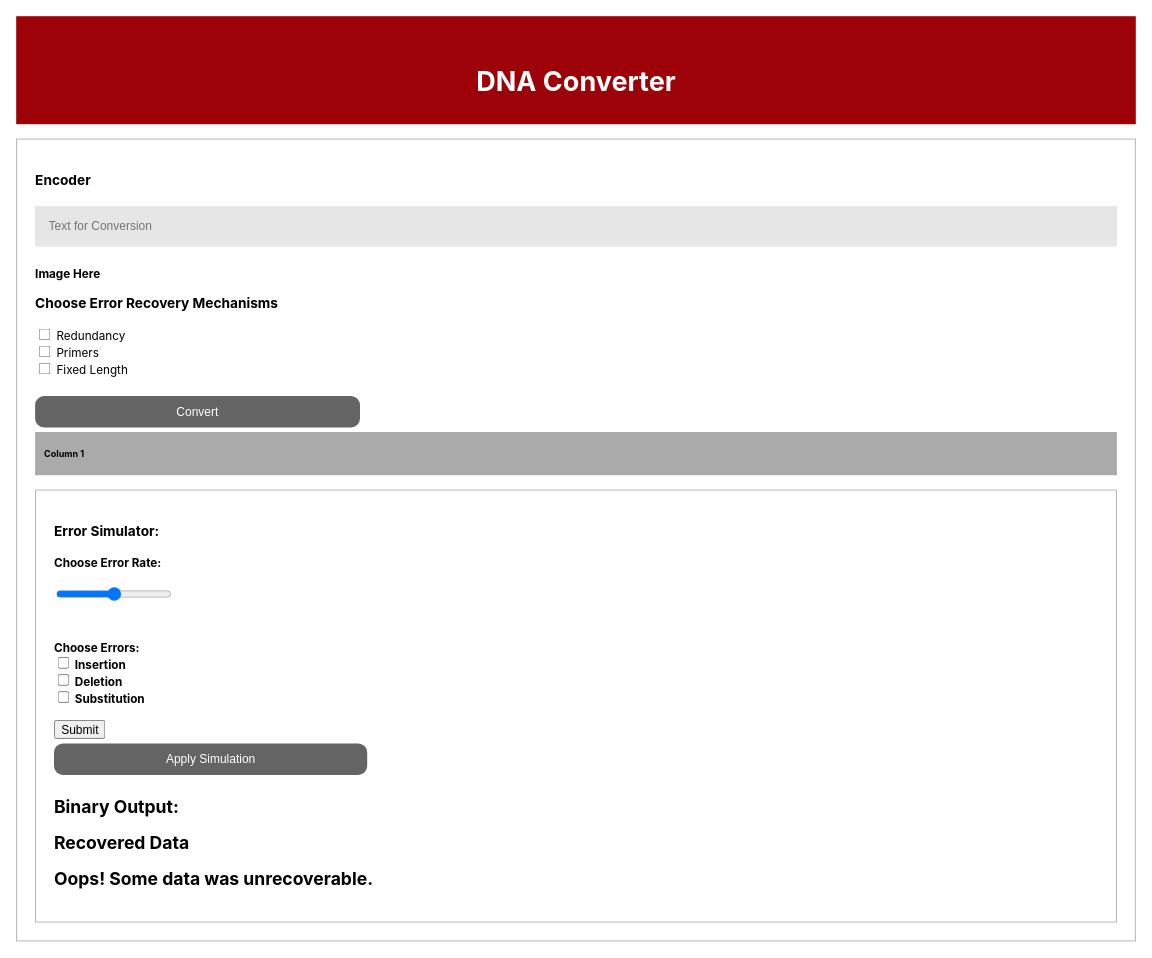
Repository: komalharjani/MSc-Thesis-DNA-Storage
Page: index.html
These files come from the project's save history. The page is drawn as it stood at one moment and after the next save; the edit follows.
The browser window is 1280 px wide. The pictures show the whole page, at 90% of full size.

Above is the page before, as saved 2020-08-16 22:25:54.

After the next save:
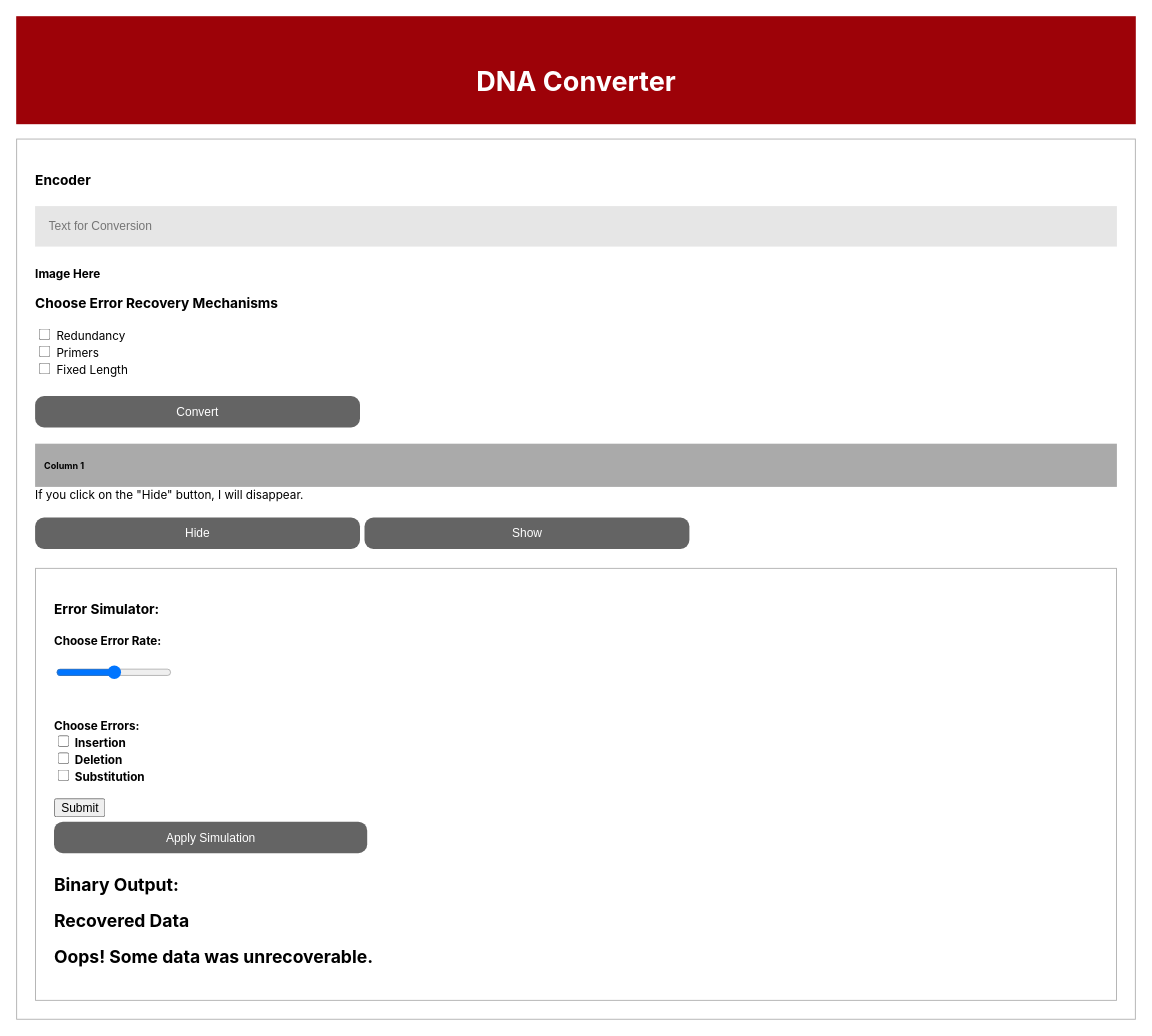
Saved 41 s later.
--- a/index.html
+++ b/index.html
@@ -36,6 +36,22 @@
                   <p id="dnaOutput"></p>
             </div>
 
+            <p>If you click on the "Hide" button, I will disappear.</p>
+
+<button id="hide">Hide</button>
+<button id="show">Show</button>
+
+            <script>
+                $(document).ready(function(){
+                  $("#hide").click(function(){
+                    $("p").hide();
+                  });
+                  $("#show").click(function(){
+                    $("p").show();
+                  });
+                });
+                </script>
+
         </div><br>
         <div class="loginContainer">
             <h3>Error Simulator:</h3>
